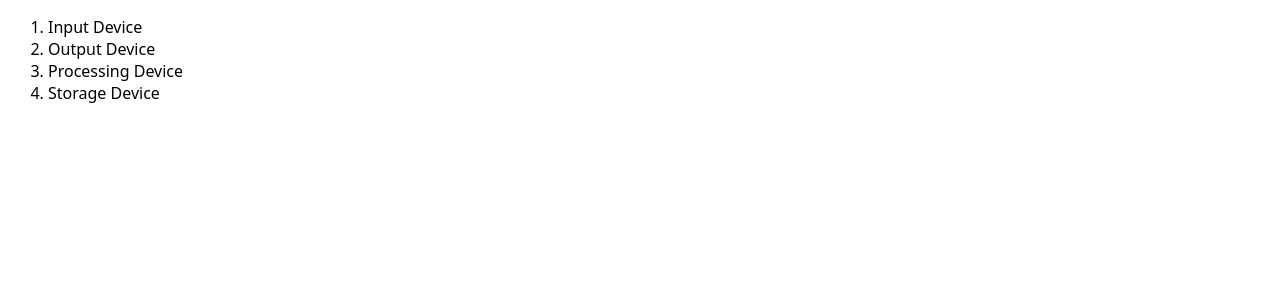
Repository: SharonSebastian32/Nested_List_in_html
Page: index.html
These files come from the project's save history. The page is drawn as it stood at one moment and after the next save; the edit follows.
The browser window is 1280 px wide. The pictures show the whole page.

Above is the page before, as saved 2024-09-01 07:31:55.

After the next save:
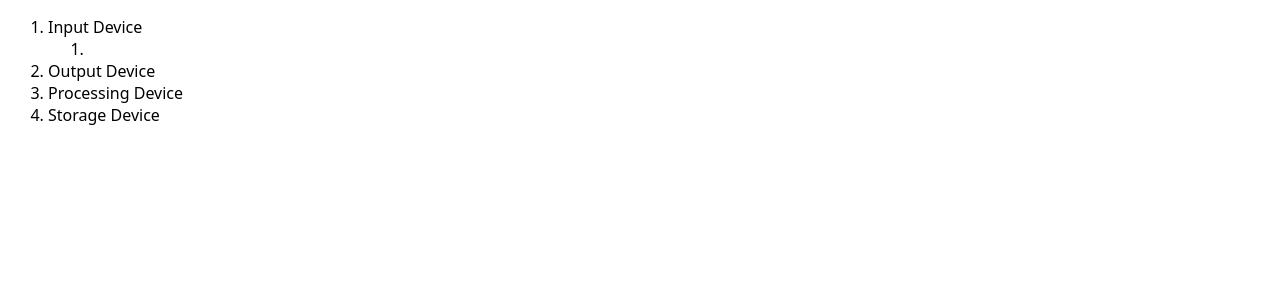
Saved 4 s later.
--- a/index.html
+++ b/index.html
@@ -9,7 +9,9 @@
   <body>
     <ol>
       <li>Input Device</li>
-
+      <ol>
+        <li></li>
+      </ol>
       <li>Output Device</li>
       <li>Processing Device</li>
       <li>Storage Device</li>
